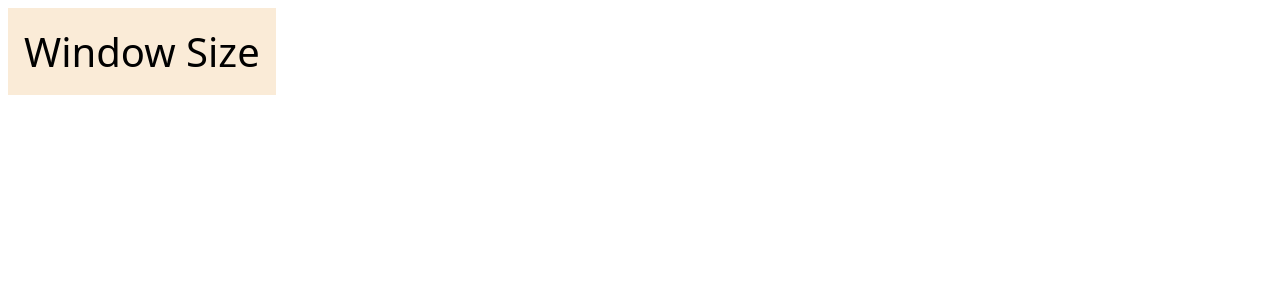
Repository: sephinejo/frontend-browser-101
Page: browser/window_size.html
An editor plug-in stored every save of this project. The page is shown before and after the next save, followed by the edit.
The browser window is 1280 px wide. The pictures show the whole page.

Above is the page before, as saved 2023-05-10 12:22:19.

After the next save:
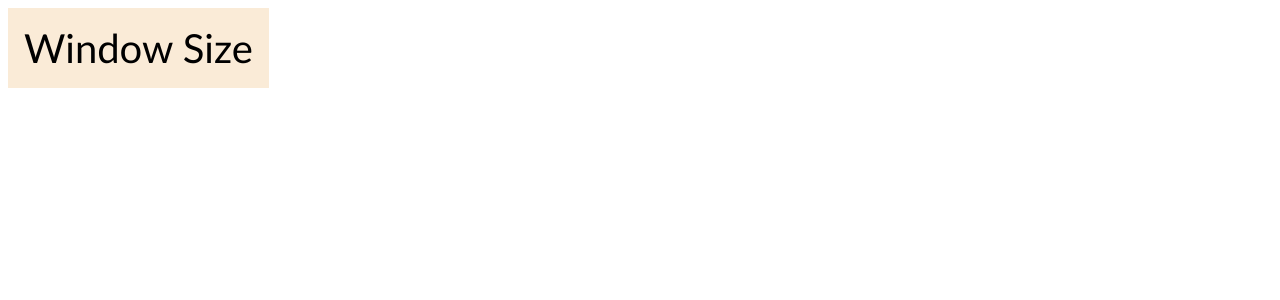
Saved 16 s later.
--- a/browser/window_size.html
+++ b/browser/window_size.html
@@ -11,8 +11,7 @@
         background-color: antiquewhite;
         padding: 16px;
         font-size: 40px;
-        font-family: system-ui, -apple-system, BlinkMacSystemFont, 'Segoe UI',
-          Roboto, Oxygen, Ubuntu, Cantarell, 'Open Sans', 'Helvetica Neue',
+        font-family: 'Gill Sans', 'Gill Sans MT', Calibri, 'Trebuchet MS',
           sans-serif;
       }
     </style>
